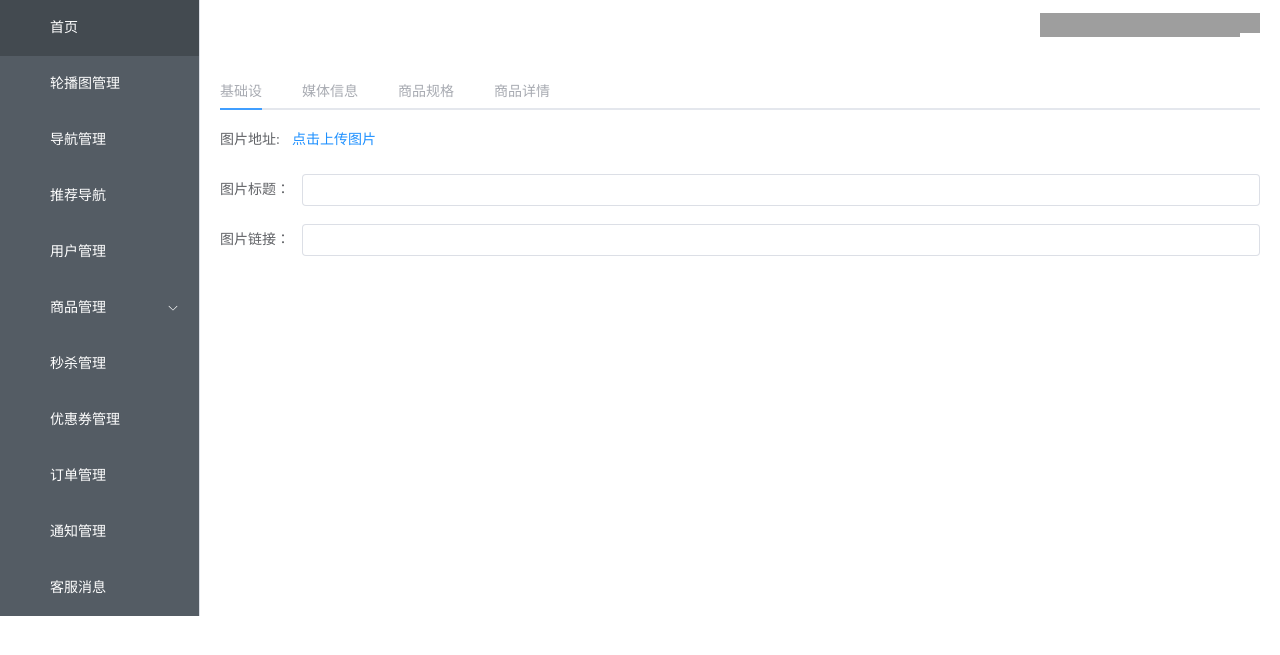
Repository: xinwuhao/CCG
Page: /addgoods
These files come from the project's save history. The page is drawn as it stood at one moment and after the next save; the edit follows.
The browser window is 1280 px wide. The pictures show the whole page.
Pictures or frames that could not be fetched are drawn as grey boxes. The page's requests for data from a server got no answer. The project was rebuilt for these pictures with package versions that can differ from the ones it lists, and the page was loaded fresh each time. No one was signed in, and anything a server would have sent is missing. Also part of the build but not shown: vite.config.ts.

Above is the page before, as saved 2021-09-24 11:20:55.

After the next save:
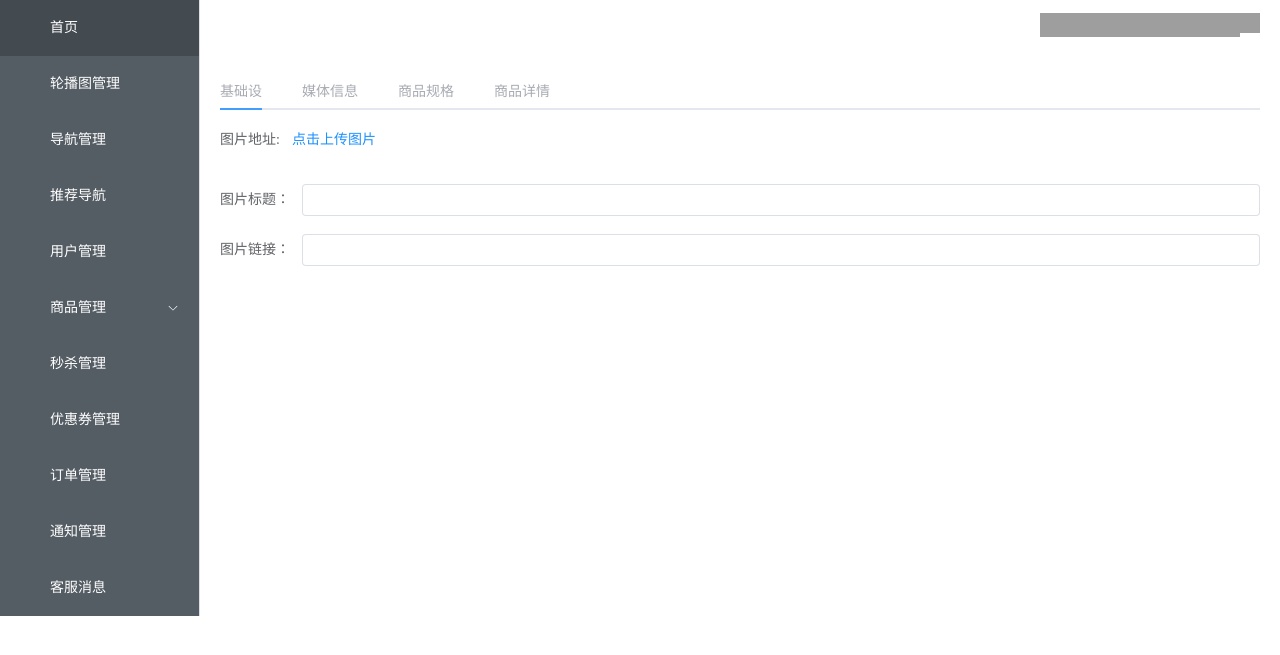
Saved 19 s later.
--- a/src/views/goods/addgoods.vue
+++ b/src/views/goods/addgoods.vue
@@ -78,14 +78,10 @@
                 :headers="abc"
                 :on-success="upimg"
                 list-type="picture"
-                :show-file-list="false"
                 :file-list="fileList"
               >
                 <div class="blueFont">点击上传图片</div>
               </el-upload>
-              <div v-if="swiper.img">
-                <img :src="swiper.img" class="imgBox" />
-              </div>
             </el-form-item>
             <el-form-item label="图片标题：" prop="title">
               <el-input v-model="swiper.title" class="inpud"></el-input>
